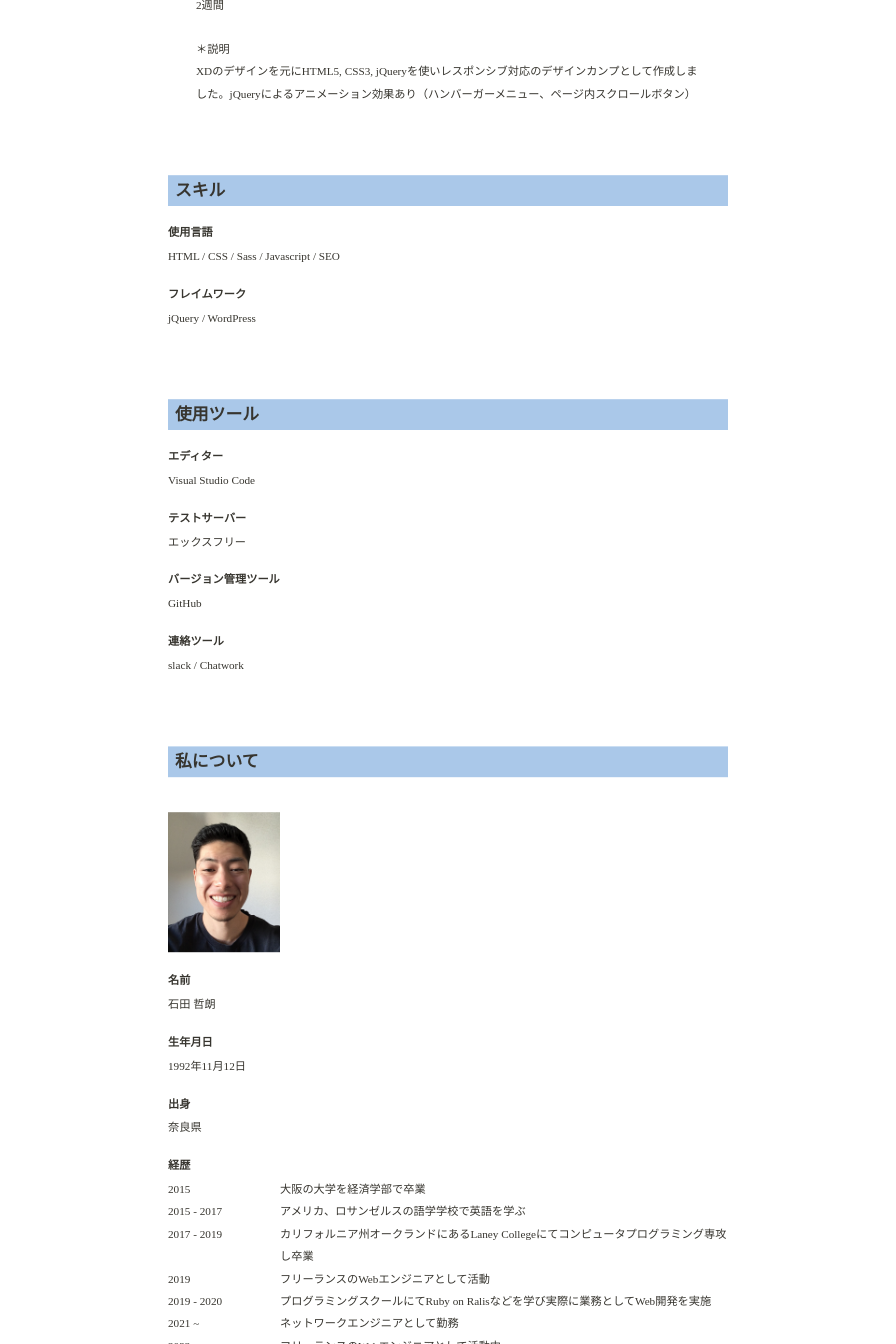
Repository: tetishi/my-portfolio
Page: index.html
An editor plug-in stored every save of this project. The page is shown before and after the next save, followed by the edit.
The browser window is 1280 px wide. The pictures show the part of the page from y = 3556 to 5476 px (the page is 5645 px tall before and 6453 px after), at 70% of full size.
The style sheet was rebuilt from its Sass, Less or Tailwind sources for each picture, by a compiler version that may differ from the author's.

Above is the page before, as saved 2023-07-11 10:18:46.

After the next save:
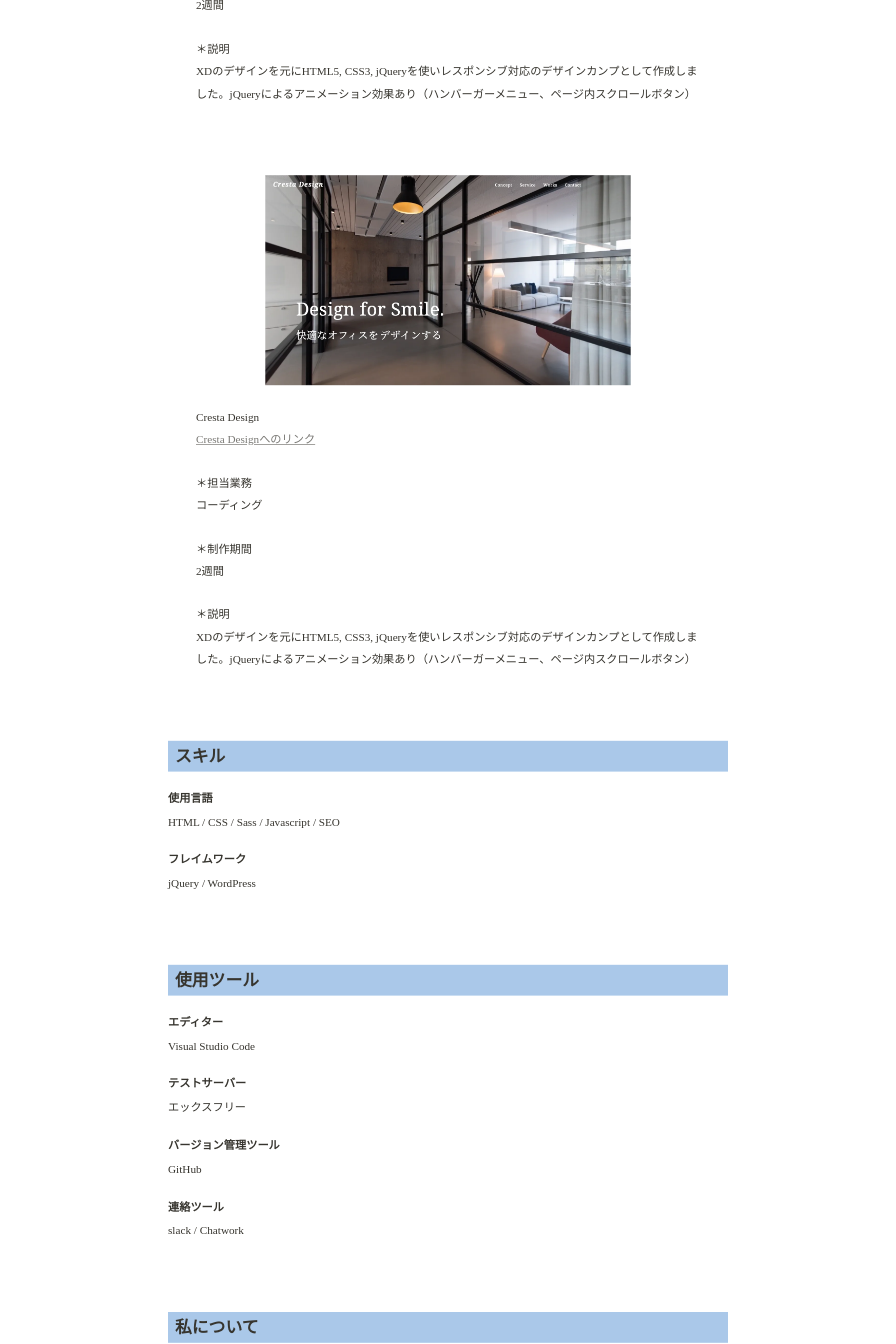
Saved 26 days later.
--- a/index.html
+++ b/index.html
@@ -122,6 +122,27 @@
                 <p>XDのデザインを元にHTML5, CSS3, jQueryを使いレスポンシブ対応のデザインカンプとして作成しました。jQueryによるアニメーション効果あり（ハンバーガーメニュー、ページ内スクロールボタン）</p>
             </div>
 
+                        <!-- 　4作品目 -->
+            <div class="work">
+                <!-- サイトのイメージ写真を入れます -->
+                <picture>
+                    <source srcset="img/cresta-design.webp" type="image/webp">
+                    <img src="img/cresta-design.png">
+                </picture>
+                <!-- ここ記入 -->
+                <p class="work_tit">Cresta Design</p>
+                <!-- ここ記入 -->
+                <p class="work_link"><a target="_blank" rel="noopener noreferrer" href="https://tetishi.github.io/cresta-design/">Cresta Designへのリンク</a></p>
+                <p class="details">＊担当業務</p>
+                <p>コーディング</p>
+                <p class="details">＊制作期間</p>
+                <!-- ここ記入 -->
+                <p>2週間</p>
+                <p class="details">＊説明</p>
+                <!-- ここ記入 -->
+                <p>XDのデザインを元にHTML5, CSS3, jQueryを使いレスポンシブ対応のデザインカンプとして作成しました。jQueryによるアニメーション効果あり（ハンバーガーメニュー、ページ内スクロールボタン）</p>
+            </div>
+
 
 
             <!-- <h3 class="sub-tit">コーポレイトサイト作成</h3> -->
